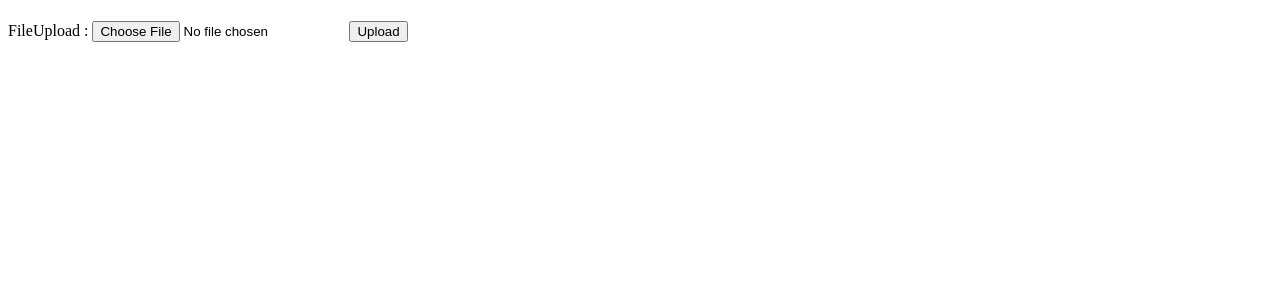
Repository: aygodbole/Coding-Assessment
Page: http://localhost/DocMgmt/resources/views/index.jsp
These files come from the project's save history. The page is drawn as it stood at one moment and after the next save; the edit follows.
The browser window is 1280 px wide. The pictures show the whole page.
The page is served by Tomcat 9.

Above is the page before, as saved 2017-12-20 05:06:31.

### DocMgmt/src/main/webapp/resources/views/index.jsp
<%@ page language="java" contentType="text/html; charset=ISO-8859-1" pageEncoding="ISO-8859-1"%>
<!DOCTYPE html>
<html>
<head>
	<meta charset="ISO-8859-1">
	<title>Insert title here</title>
</head>
<body ng-app ="DocManagerApp">
<div ng-controller = "DocCtrl">
<h1>{{name}} </h1>
</div>

FileUpload : <!-- <input id="fileAttUpload" type="file" data-ng-model="fileAttUpload" onchange="angular.element(this).scope().onFileSelect(this);"> -->
<input id="fileAttUpload" type="file" file-model = "myFile">
<input type="button" value="Upload" ng-click="saveAttachments()">



<!-- jQuery (necessary for Bootstrap's JavaScript plugins) -->
 <script type="text/javascript" src='<%=request.getContextPath()%>/resources/js/jquery.min.js'></script>
<script type="text/javascript" src='<%=request.getContextPath() %>/resources/js/angular.min.js'></script>
<script type="text/javascript" src='<%=request.getContextPath() %>/resources/js/angular-route.min.js'></script>
<script type="text/javascript" src='<%=request.getContextPath() %>/resources/js/angular-resource.min.js'></script>
<script type="text/javascript" src='<%=request.getContextPath() %>/resources/js/app.js'></script>
<!-- <script src="https://ajax.googleapis.com/ajax/libs/angularjs/1.4.4/angular.js'></script>-->
</body>
</html>

### DocMgmt/src/main/webapp/resources/js/app.js
var app = angular.module('DocManagerApp', [ 'ngRoute', 'ngResource' ]);

app.controller("DocCtrl", [ '$scope', '$http', '$rootScope', '$log','$timeout',
		function($scope, $http, $rootScope, $log, $timeout) {
			$log.info("Inside Doc controller");


			$scope.saveAttachments = function(){
				$log.info("Inside save attachment");
				var fd = new FormData();
				fd.append("file",$scope.myFile);
				    $http.post("/upload", fd, {
				           transformRequest: angular.identity,
				           headers: {'Content-Type': undefined,
				           	'enctype' :'multipart/form-data'}
				       }).success(function(results){
				       	// console.log("response : _>",results);
				       	$scope.showPreLoader = false;
				if(results.STATUS=='SUCCESS'){
					$log.info("SUCCESS");
				}else {
				$scope.errorMessage = "Error in saving the Attachments";
				 }
				})
				   .error(function(data,status){
				   	$scope.showPreLoader = false;
				   	$scope.errorMessage = "Error in saving the Attachments";
				   });
				};

			$scope.clickUpload = function() {
				$timeout(function() {
					angular.element('#fileAttUpload').trigger('click');
				});
			};

			$scope.onFileSelect = function($files) {
				$timeout(function() {
					$scope.fileAttUpload = angular.element($files).val();
					$scope.file = $files.files[0];
					$scope.disableContinue = false;
				});
			};

		} ]);

app.directive('fileModel', ['$parse', function ($parse) {
    return {
       restrict: 'A',
       link: function(scope, element, attrs) {
          var model = $parse(attrs.fileModel);
          var modelSetter = model.assign;

          element.bind('change', function(){
             scope.$apply(function(){
                modelSetter(scope, element[0].files[0]);
             });
          });
       }
    };
 }]);

Loaded but not shown: DocMgmt/src/main/webapp/resources/js/jquery.min.js (library); DocMgmt/src/main/webapp/resources/js/angular.min.js (library); DocMgmt/src/main/webapp/resources/js/angular-route.min.js (library); DocMgmt/src/main/webapp/resources/js/angular-resource.min.js (library)

After the next save:
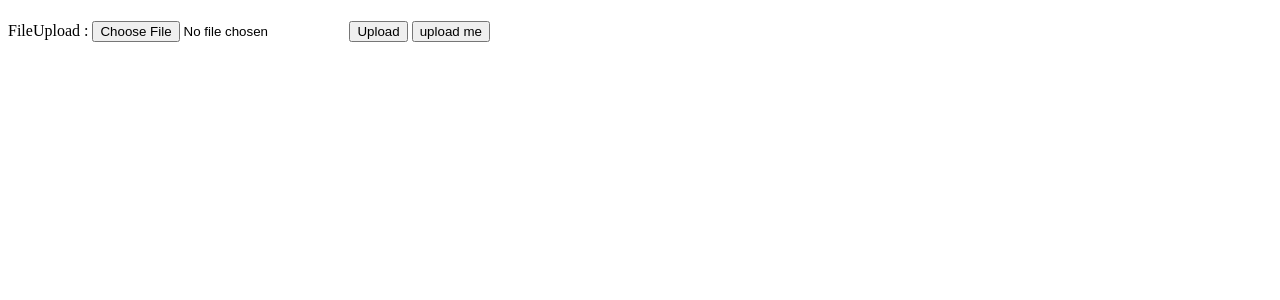
Saved 43 s later.
--- a/DocMgmt/src/main/webapp/resources/views/index.jsp
+++ b/DocMgmt/src/main/webapp/resources/views/index.jsp
@@ -13,6 +13,7 @@
 FileUpload : <!-- <input id="fileAttUpload" type="file" data-ng-model="fileAttUpload" onchange="angular.element(this).scope().onFileSelect(this);"> -->
 <input id="fileAttUpload" type="file" file-model = "myFile">
 <input type="button" value="Upload" ng-click="saveAttachments()">
+<button ng-click = "saveAttachments()">upload me</button>
 
 
 
